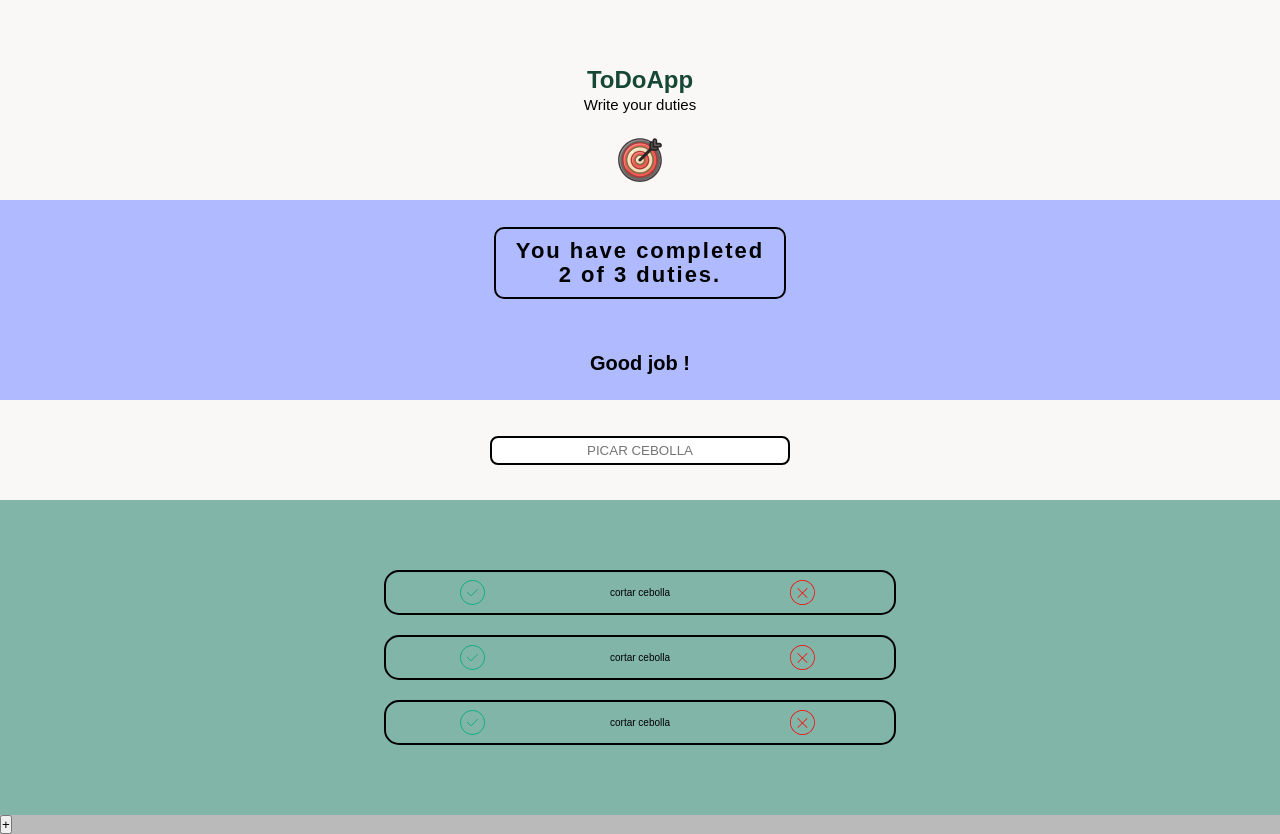
Repository: ChristianGecchelin/to-do-app
Page: /
These files come from the project's save history. The page is drawn as it stood at one moment and after the next save; the edit follows.
The browser window is 1280 px wide. The pictures show the whole page.
The project was rebuilt for these pictures with package versions that can differ from the ones it lists, and the page was loaded fresh each time.

Above is the page before, as saved 2022-01-12 15:36:56.

After the next save:
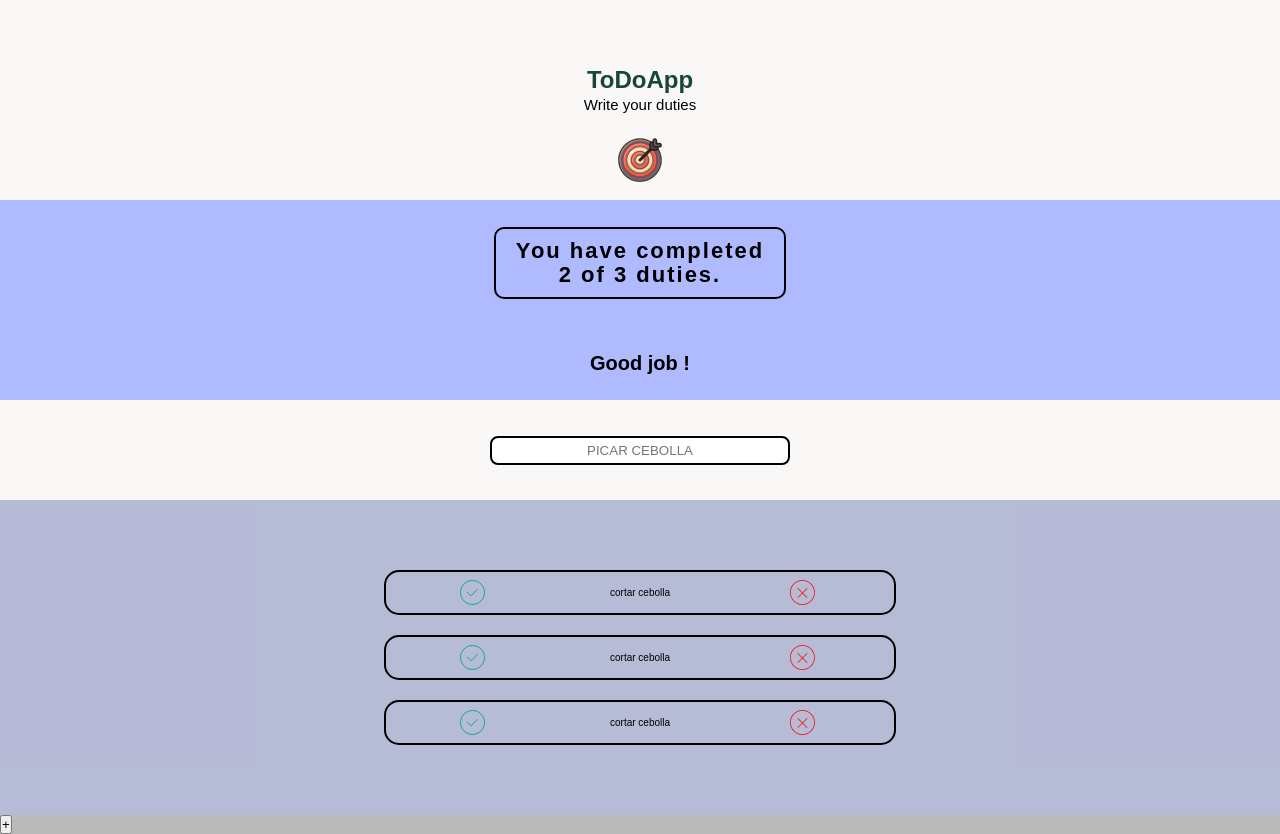
Saved 77 s later.
--- a/src/styles/ToDoList.css
+++ b/src/styles/ToDoList.css
@@ -6,7 +6,7 @@
   width: 100%;
   height: auto;
   padding: 50px 0;
-  background: #81b5a8;
+  background: rgb(176 187 255 / 40%);
 }
 .item-container {
   width: 40%;
